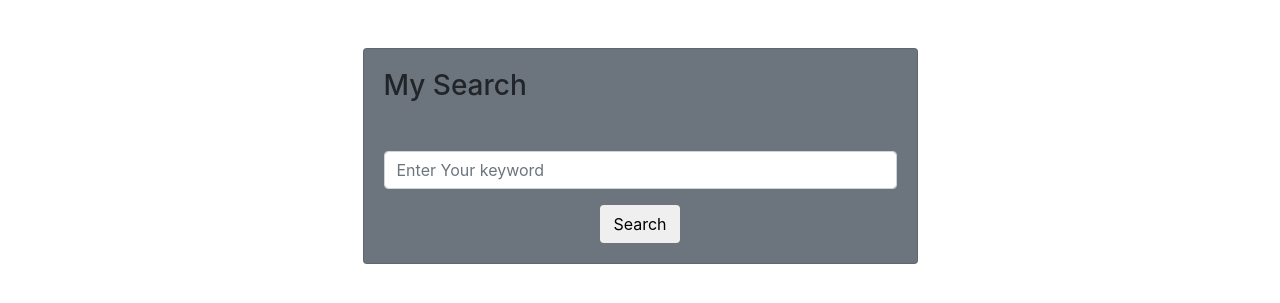
Repository: priyaadya/spring-practice-codes
Page: http://localhost/SearchPageMvc/home
These files come from the project's save history. The page is drawn as it stood at one moment and after the next save; the edit follows.
The browser window is 1280 px wide. The pictures show the whole page.
Some web libraries are served in a nearby version. The page is served by Tomcat 9.

Above is the page before, as saved 2023-06-04 18:19:17.

### SearchPageMvc/src/main/webapp/WEB-INF/spring-servlet.xml
<?xml version="1.0" encoding="UTF-8"?>
<beans xmlns="http://www.springframework.org/schema/beans"
       xmlns:xsi="http://www.w3.org/2001/XMLSchema-instance"
       xmlns:p="http://www.springframework.org/schema/p"
       xmlns:context="http://www.springframework.org/schema/context"
       xsi:schemaLocation="http://www.springframework.org/schema/beans
            http://www.springframework.org/schema/beans/spring-beans.xsd
            http://www.springframework.org/schema/context
            http://www.springframework.org/schema/context/spring-context-3.0.xsd">



            <context:component-scan base-package="SearchPageMvc"></context:component-scan>

            <bean class="org.springframework.web.servlet.view.InternalResourceViewResolver" name="viewResolver">
            <property name="prefix" value="/WEB-INF/views/"></property>
            <property name="suffix" value=".jsp"></property>
            </bean>


</beans>

### SearchPageMvc/src/main/webapp/WEB-INF/views/home.jsp
<!doctype html>
<html lang="en">
  <head>
    <!-- Required meta tags -->
    <meta charset="utf-8">
    <meta name="viewport" content="width=device-width, initial-scale=1, shrink-to-fit=no">

    <!-- Bootstrap CSS -->
    <link rel="stylesheet" href="https://cdn.jsdelivr.net/npm/bootstrap@4.0.0/dist/css/bootstrap.min.css" integrity="sha384-Gn5384xqQ1aoWXA+058RXPxPg6fy4IWvTNh0E263XmFcJlSAwiGgFAW/dAiS6JXm" crossorigin="anonymous">

    <title>Hello, world!</title>
  </head>
  <body>
 <div class="container">
 <div class="card mx-auto mt-5 bg-secondary" style="width:50%;">
 <div class="card-body">
 <h3>My Search</h3>
 <form class="mt-5">
 <div class="form-group">
 <input type="text" name="querybox" placeholder="Enter Your keyword"
 class="form-control">


 </div>
 <div class="container text-center">
 <button class="btn btn-outline-Light">Search</button>

 </div>

 </form>

 </div>

 </div>


 </div>

    <!-- Optional JavaScript -->
    <!-- jQuery first, then Popper.js, then Bootstrap JS -->
    <script src="https://code.jquery.com/jquery-3.2.1.slim.min.js" integrity="sha384-KJ3o2DKtIkvYIK3UENzmM7KCkRr/rE9/Qpg6aAZGJwFDMVNA/GpGFF93hXpG5KkN" crossorigin="anonymous"></script>
    <script src="https://cdn.jsdelivr.net/npm/popper.js@1.12.9/dist/umd/popper.min.js" integrity="sha384-ApNbgh9B+Y1QKtv3Rn7W3mgPxhU9K/ScQsAP7hUibX39j7fakFPskvXusvfa0b4Q" crossorigin="anonymous"></script>
    <script src="https://cdn.jsdelivr.net/npm/bootstrap@4.0.0/dist/js/bootstrap.min.js" integrity="sha384-JZR6Spejh4U02d8jOt6vLEHfe/JQGiRRSQQxSfFWpi1MquVdAyjUar5+76PVCmYl" crossorigin="anonymous"></script>
  </body>
</html>
</html>

### SearchPageMvc/src/main/java/SearchPageMvc/SearchController.java
package SearchPageMvc;

import org.springframework.stereotype.Controller;
import org.springframework.web.bind.annotation.RequestMapping;

@Controller
public class SearchController {

	@RequestMapping("/home")
	public String home() {

		System.out.println("going to home page");
		return "home";

	}



}

After the next save:
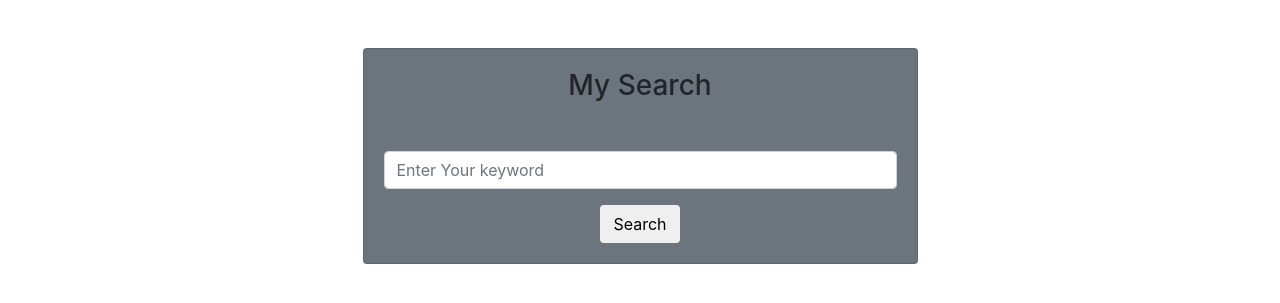
Saved 41 s later.
--- a/SearchPageMvc/src/main/webapp/WEB-INF/views/home.jsp
+++ b/SearchPageMvc/src/main/webapp/WEB-INF/views/home.jsp
@@ -14,7 +14,7 @@
  <div class="container">
  <div class="card mx-auto mt-5 bg-secondary" style="width:50%;">
  <div class="card-body">
- <h3>My Search</h3>
+ <h3 class="text-center">My Search</h3>
  <form class="mt-5">
  <div class="form-group">
  <input type="text" name="querybox" placeholder="Enter Your keyword"
